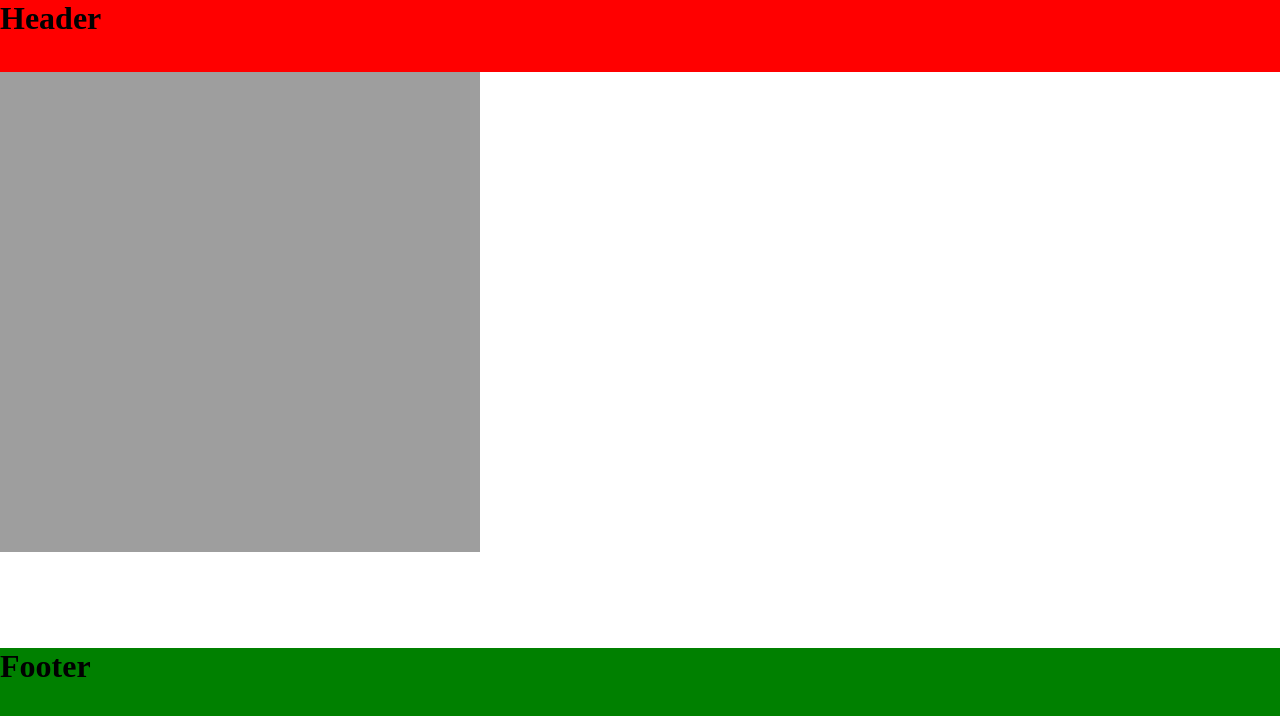
Repository: jameswilky/chess
Page: index.html
These files come from the project's save history. The page is drawn as it stood at one moment and after the next save; the edit follows.
The browser window is 1280 px wide. The pictures show the whole page.

Above is the page before, as saved 2018-11-22 08:34:14.

After the next save:
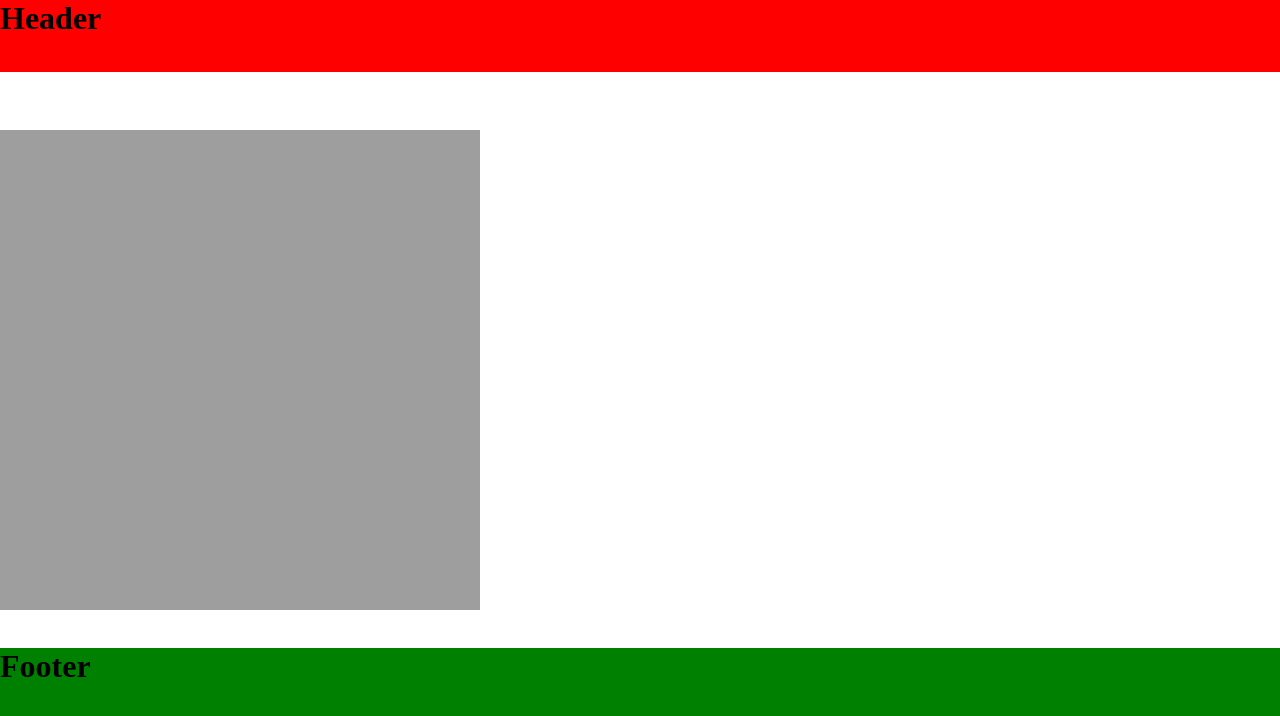
Saved 8 s later.
--- a/style.css
+++ b/style.css
@@ -13,7 +13,7 @@
   position: absolute;
   height: 480px;
   width: 480px;
-  padding:10%;
+  top:10%;
 }
 
 #board {

After the save that followed:
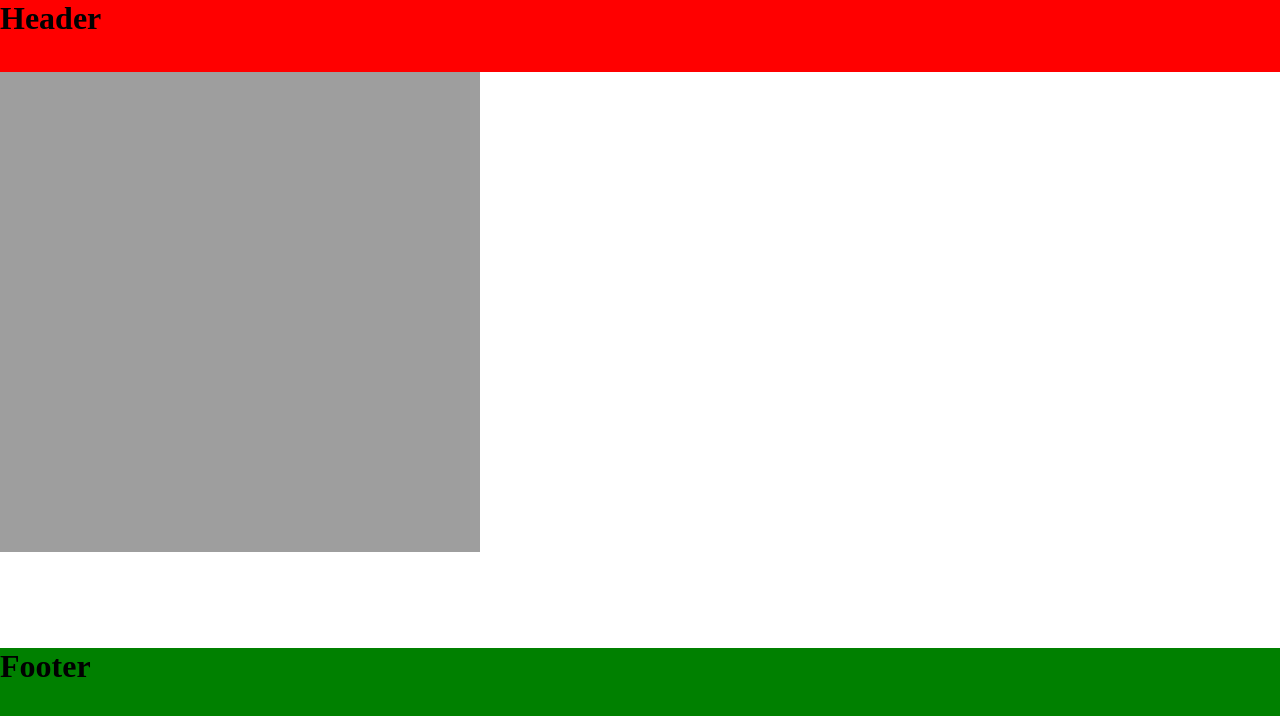
Saved 11 s later.
--- a/style.css
+++ b/style.css
@@ -13,7 +13,7 @@
   position: absolute;
   height: 480px;
   width: 480px;
-  top:10%;
+  left:25%;
 }
 
 #board {
